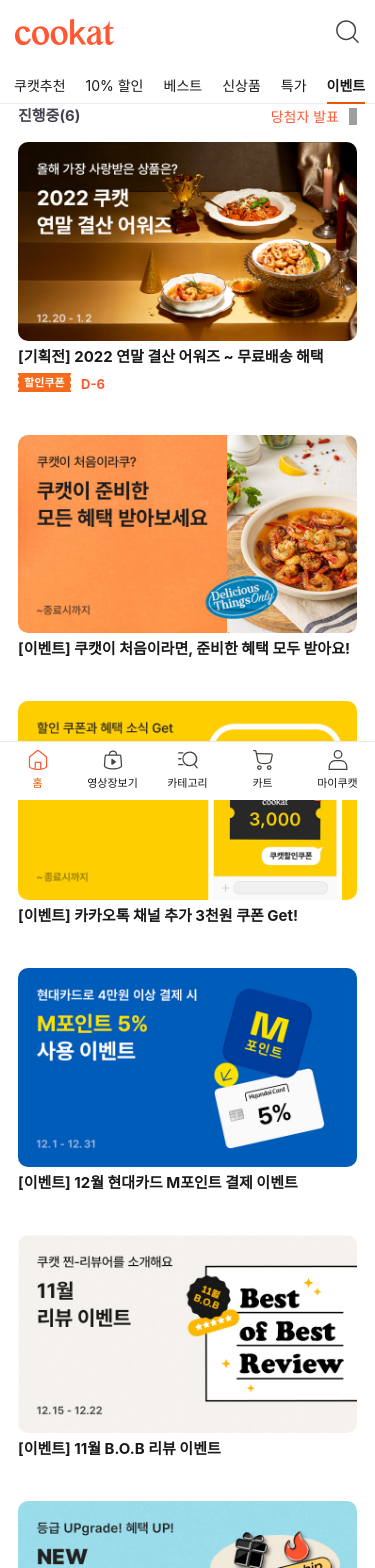
Repository: CooKat/Cookat
Page: event.html
The author's editor kept a copy of each file at every save. The page is drawn from the files as they stood at one save, then again after the next save.
The browser window is 375 px wide. The pictures show the part of the page from y = 0 to 1568 px (the page is 2613 px tall before and 2565 px after).
Pictures or frames that could not be fetched are drawn as grey boxes. A picture or video elsewhere on the page could not be fetched, so the positions and the page height are approximate. Some web fonts or font styles are not loaded; a fallback is used.

Above is the page before, as saved 2022-12-29 17:23:14.
Not found: css/responsive.css
Not found: js/ex1.js

### event.html
<!DOCTYPE html>
<html lang="ko-KR">
  <head>
    <meta charset="UTF-8" />
    <meta http-equiv="X-UA-Compatible" content="IE=edge" />
    <meta name="viewport" content="width=device-width, initial-scale=1.0" />
    <link rel="shortcut icon" type="image/x-icon" href="./images/1.png" />
    <link
      rel="stylesheet"
      as="style"
      crossorigin
      href="https://cdn.jsdelivr.net/gh/orioncactus/pretendard@v1.3.6/dist/web/static/pretendard.css"
    />
    <link
      href="https://cdn.jsdelivr.net/npm/remixicon@2.5.0/fonts/remixicon.css"
      rel="stylesheet"
    />
    <link
      rel="stylesheet"
      href="https://cdn.jsdelivr.net/npm/swiper/swiper-bundle.min.css"
    />
    <link rel="stylesheet" href="./css/main.css" />
    <link rel="stylesheet" href="./css/event.css" />
    <title>쿠캣</title>
  </head>
  <body>
    <div class="container">
      <!-- 상단 메뉴바 -->
      <header class="header">
        <a href="/" class="logo"
          ><img src="./images/logo-main.svg" alt="쿠캣마켓"
        /></a>
        <div class="menu swiper">
          <ul class="swiper-wrapper" role="menubar" aria-hidden="false">
            <li role="none" class="swiper-slide">
              <a role="menuitem" href="/">쿠캣추천</a>
            </li>
            <li class="swiper-slide" role="none">
              <a role="menuitem" href="/">10% 할인</a>
            </li>
            <li class="swiper-slide" role="none">
              <a role="menuitem" href="./best.html">베스트</a>
            </li>
            <li class="swiper-slide" role="none">
              <a role="menuitem" href="/">신상품</a>
            </li>
            <li class="swiper-slide" role="none">
              <a role="menuitem" href="./specialPrice.html">특가</a>
            </li>
            <li class="swiper-slide active" role="none">
              <a role="menuitem" href="/">이벤트</a>
            </li>
          </ul>
        </div>
        <button type="button" class="search">
          <img src="./images/ic-24-finder.svg" alt="검색 아이콘" />
        </button>
      </header>

      <main class="main">
        <section class="event">
          <!-- 진행중(6) 당첨자 발표 -->
          <div class="event-ing">
            <h2 class="event-ing-title">진행중(6)</h2>
            <a href="/"><p>당첨자 발표</p></a>
          </div>

          <!-- 행사 아이템들 -->
          <div class="item-list">
            <a href="/event.html">
              <div class="item-list-item">
                <img src="./images/event1.jpg" />
                <h2 class="item-list-title title-first">
                  [기획전] 2022 연말 결산 어워즈 ~ 무료배송 해택
                </h2>
                <div class="coupon-day">
                  <i class="icon-coupon"></i>
                  <span class="coupon-date">D-6</span>
                </div>
              </div>
            </a>
          </div>

          <div class="item-list">
            <a href="/event.html">
              <div class="item-list-item">
                <img src="./images/event2.jpg" />
                <h2 class="item-list-title">
                  [이벤트] 쿠캣이 처음이라면, 준비한 혜택 모두 받아요!
                </h2>
              </div>
            </a>
          </div>

          <div class="item-list">
            <a href="/event.html">
              <div class="item-list-item">
                <img src="./images/event3.jpg" />
                <h2 class="item-list-title">
                  [이벤트] 카카오톡 채널 추가 3천원 쿠폰 Get!
                </h2>
              </div>
            </a>
          </div>

          <div class="item-list">
            <a href="/event.html">
              <div class="item-list-item">
                <img src="./images/event4.jpg" />
                <h2 class="item-list-title">
                  [이벤트] 12월 현대카드 M포인트 결제 이벤트
                </h2>
              </div>
            </a>
          </div>

          <div class="item-list">
            <a href="/event.html">
              <div class="item-list-item">
                <img src="./images/event5.jpg" />
                <h2 class="item-list-title">[이벤트] 11월 B.O.B 리뷰 이벤트</h2>
              </div>
            </a>
          </div>

          <div class="item-list">
            <a href="/event.html">
              <div class="item-list-item">
                <img src="./images/event6.jpg" />
                <h2 class="item-list-title">
                  [공지사항] NEW 쿠캣 등급 개편 안내
                </h2>
              </div>
            </a>
          </div>
        </section>
      </main>

      <!-- footer -->
      <footer class="footer">
        <div class="center-info-container">
          <h2 class="center-info">쿠캣 고객센터</h2>
          <span class="time-info"
            >평일 <time>10:00</time> ~ <time>18:00</time> (점심시간
            <time>13:00</time> ~ <time>14:00</time>)</span
          >

          <a href="tel:1668-3525" class="center-contact"> 고객센터</a>
        </div>
        <div class="business-info-container">
          <div class="business-info-title-container">
            <h2 class="business-info">(주) 쿠캣 사업자 정보</h2>
            <button class="business-info-toggle-btn">
              <img
                alt="addit-toggle-img"
                src="	https://crcf.cookatmarket.com/assets/mobile/img/using_guide/ic-16-close-bold.svg"
              />
            </button>
          </div>

          <ul class="business-info-list">
            <li class="business-info-item">
              <label for="representative">대표자</label
              ><span id="representative">이문주</span>
            </li>
            <li class="business-info-item">
              <label for="address">주소</label>
              <address id="address">
                서울특별시 강남구 영동대로112길 36, 3층, 지하 1층 (삼성동,
                오티씨타워)
              </address>
            </li>
            <li class="business-info-item">
              <label
                for="
              business-number"
                >사업자등록번호</label
              ><span id=" business-number">
                110-86-12995
                <a class="business-info-check" href="/"
                  >사업자정보 확인</a
                ></span
              >
            </li>
            <li class="business-info-item">
              <label for="mail-order-number">통신판매업 신고번호</label
              ><span
                id="
              mail-order-number"
                >2018-서울강남-01681</span
              >
            </li>
            <li class="business-info-item">
              <div class="center-info-flexcontent-container">
                <label
                  for="
              service-center"
                  >고객센터</label
                >
                <div class="center-info-content-container">
                  <a
                    id="service-center"
                    href="tel:1668-3525
              "
                    >1668-3525
                  </a>
                  <span id="service-center"
                    >평일 <time>10:00</time> ~ <time>18:00</time> (점심시간
                    <time>13:00</time> ~ <time>14:00</time>) 주말
                    <time>10:00</time> ~ <time>13:00</time></span
                  >
                </div>
              </div>
            </li>
            <li class="business-info-item">
              <label for="marketing-email">마케팅 제휴문의</label
              ><span id="marketing-email">marketing@cookat.co</span>
            </li>
            <li class="business-info-item">
              <label
                for="
              goods-email"
                >상품 제휴문의</label
              ><span id=" goods-email">
                <span>product@cookat.co<br /></span
              ></span>
            </li>
            <li class="business-info-item">
              <label for="person-in-charge">개인정보보호 책임자</label
              ><span id="person-in-charge"> 주지석 (jiseok.joo@cookat.co)</span>
            </li>
          </ul>

          <small class="copyright">
            Copyright © 쿠캣. All rights reserved.</small
          >
          <ul class="more-details-list">
            <li><a class="more-details" href="/">이용약관</a></li>
            <li>
              <a class="more-details" id="qkdcla" href="/">개인정보 처리방침</a>
            </li>
            <li><a class="more-details" href="/">공지사항</a></li>
          </ul>
        </div>

        <div class="additional-container">
          <a href="/">로그인</a>
          <a id="app-down" href="/"> APP다운</a>
        </div>
      </footer>

      <!-- 하단바 -->
      <nav class="fix-footer-menu">
        <ul>
          <li class="my-home on"><a href="/">홈</a></li>
          <li class="my-video"><a href="/">영상장보기</a></li>
          <li class="my-menu"><a href="/">카테고리</a></li>
          <li class="my-cart"><a href="/">카트</a></li>
          <li class="my-cookat"><a href="/">마이쿠캣</a></li>
        </ul>
      </nav>
    </div>

    <!-- Swiper JS -->
    <script src="https://cdn.jsdelivr.net/npm/swiper/swiper-bundle.min.js"></script>
    <!-- Initialize Swiper -->
    <script src="./js/ex1.js"></script>
    <script>
      var menu = new Swiper('.menu.swiper', {
        slidesPerView: 'auto',
        freeMode: true,
      });
    </script>
  </body>
</html>

### css/event.css
main {
  padding: 0 18px;
}

.event-ing {
  display: flex;
  flex-flow: row nowrap;
  justify-content: space-between;
  align-items: center;
  margin-top: var(--spacing-xxl);
  margin-bottom: var(--spacing-md);
}

.event-ing-title {
  font-size: var(--text-xl);
  line-height: var(--text-xxl);
  color: var(--color-black);
  font-weight: 700;
}

.event-ing p {
  color: #ff5833;
  font-size: var(--text-sm);
}
.event-ing p::after {
  content: '';
  color: #ff5833;
  margin-left: var(--spacing-xxs);
  padding-left: var(--spacing-md);
  background: url('https://crcf.cookatmarket.com/assets/mobile/img/using_guide/ic-16-next-orange-fit.svg')
    no-repeat 6px;
}

.item-list {
}

.item-list-item {
}

.item-list-item img {
  border-radius: 10px;
}

.item-list-title {
  font-size: var(--text-lg);
  line-height: var(--text-xxl);
  font-weight: 700;
  margin-bottom: var(--spacing-xxxl);
}

.title-first {
  margin-bottom: 0;
}

.item-list-title h2:first-child {
  margin-bottom: 0;
}

.coupon-day {
  margin-top: var(--spacing-xxs);
  display: flex;
  flex-flow: row nowrap;
  margin-bottom: var(--spacing-xxxl);
}

.icon-coupon {
  width: 53px;
  height: 19px;
  background: url(../images/ic-event-sale-coupon-orange.svg) no-repeat center;
  display: inline-block;
  text-align: center;
}

.coupon-date {
  color: #ff5833;
  line-height: var(--text-xl);
  font-size: var(--text-xs);
  align-items: center;
  font-weight: 700;
  padding-left: var(--spacing-sm);
}

@media (max-width: 500px) {
  .event-ing-title {
    font-size: 4vw;
    line-height: 3vh;
  }

  .item-list-title {
    font-size: 4vw;
    line-height: 3vh;
  }
}

### css/theme.css
:root {
  /* 수식 단축키 art+shift+M */
  --color-white: #ffffff;
  --color-blank: #f9f9f9;
  --color-cement: #9d9995;
  --color-placeholder: #bbb8b5;
  --color-deep-orange: #eb5500;
  --color-border: #e9e8e2;
  --color-success: #579bdb;
  --color-black: #46434f;
  --color-gray: #9d999d;
  --color-greyish-brown: #5b5752;

  --spacing-sxxs: 0.125rem; /* 2px */
  --spacing-xxs: 0.25rem; /* 4px */
  --spacing-xs: 0.5rem; /* 8px */
  --spacing-sm: 0.625rem; /* 10px */
  --spacing-xm: 0.75rem; /* 12px */
  --spacing-md: 0.875rem; /* 14px */
  --spacing-m: 0.937rem; /* 15px */
  --spacing-base: 1rem; /* 16px */
  --spacing-lg: 1.125rem; /* 18px */
  --spacing-l: 1.25rem; /* 20px */
  --spacing-xl: 1.5rem; /* 24px */
  --spacing-xxl: 2rem; /* 32px */
  --spacing-xxxl: 2.5rem; /* 40px */

  --spacing-6: 3.75rem; /* 60px */

  --text-sxxs: 0.6875rem; /* 11px */
  --text-xxs: 0.75rem; /* 12px */
  --text-xs: 0.8125rem; /* 13px */
  --text-sm: 0.875rem; /* 14px */
  --text-md: 0.9375rem; /* 15px */
  --text-base: 1rem; /* 16px */
  --text-lg: 1.125rem; /* 18px */
  --text-xl: 1.375rem; /* 22px */
  --text-xxl: 1.625rem; /* 26px */

  --swiper-navigation-size: 1.125rem; /* 18px */

  --max-width: 31.25rem; /* 500px */
}

Loaded but not shown: css/normalize.css (library); css/reset.css (common file); css/main.css (973 lines, source omitted)

After the next save:
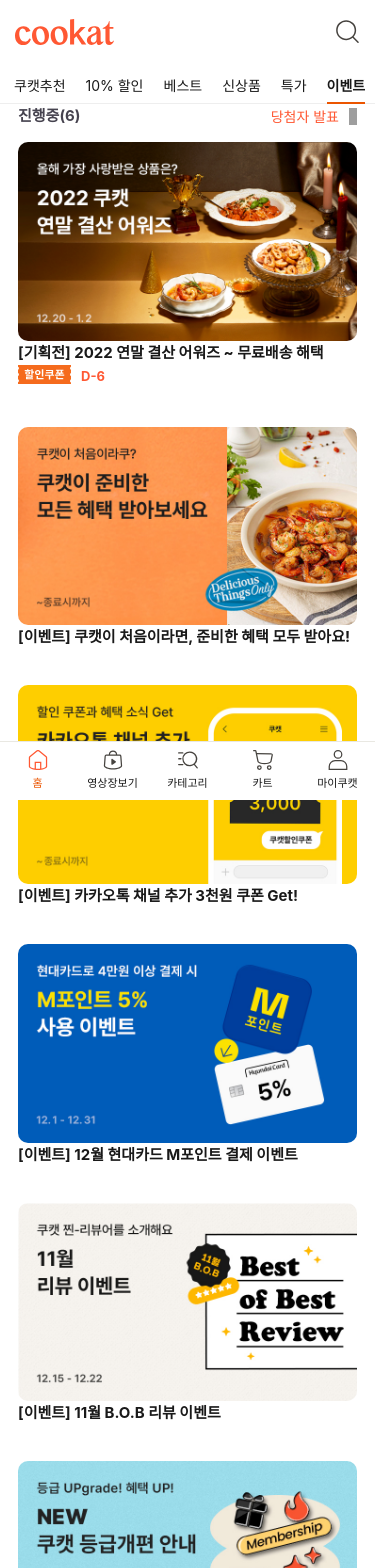
Saved 13 s later.
--- a/css/event.css
+++ b/css/event.css
@@ -88,6 +88,6 @@
 
   .item-list-title {
     font-size: 4vw;
-    line-height: 3vh;
+    line-height: 2vh;
   }
 }
